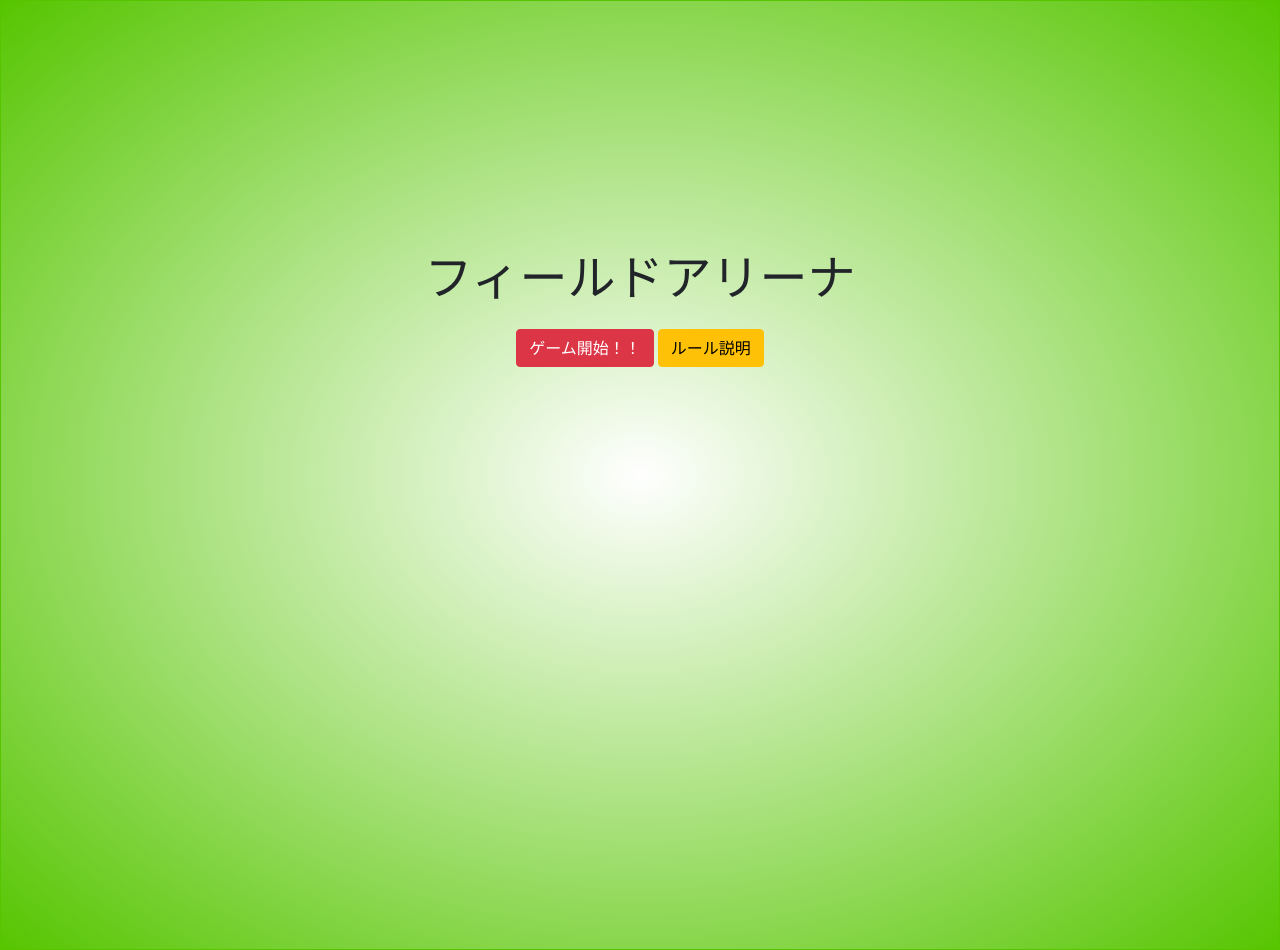
Repository: e1b21074/field_arena
Page: .log/field_arena/src/main/resources/static/index.html
An editor plug-in stored every save of this project. The page is shown before and after a run of saves, followed by the edit.
The browser window is 1280 px wide. The pictures show the whole page.

Above is the page before, as saved 2024-01-09 15:02:44.

### .log/field_arena/src/main/resources/static/index.html
<!DOCTYPE html>
<html lang="en">

<head>
  <meta charset="UTF-8">
  <meta name="viewport" content="width=device-width, initial-scale=1.0">
  <!-- bootstrap CSS -->
  <link href="https://cdn.jsdelivr.net/npm/bootstrap@5.0.2/dist/css/bootstrap.min.css" rel="stylesheet"
    integrity="sha384-EVSTQN3/azprG1Anm3QDgpJLIm9Nao0Yz1ztcQTwFspd3yD65VohhpuuCOmLASjC" crossorigin="anonymous">

  <title>カードゲーム</title>

  <style>
    .title{
      font-size: 32px;
    }

    .gradient {
      background:radial-gradient(#fff, #56C500);
      height: 950px;
      border: 1px solid #56C500;
  }
  </style>
</head>

<body class="gradient">
  <center>
    <div style="text-align: center;">
      <br><br><br><br><br><br><br><br><br><br>
      <p>
      <font size="7">
      フィールドアリーナ
      </font>
    </p>
      <button type="button" class="btn btn-danger" onclick="location.href='/gamearea'">ゲーム開始！！</button>
      <button type="button" class="btn btn-warning" onclick="location.href='/rule'">ルール説明</button>
    </div>
  </center>

  <script src="https://cdn.jsdelivr.net/npm/bootstrap@5.0.2/dist/js/bootstrap.bundle.min.js"
    integrity="sha384-MrcW6ZMFYlzcLA8Nl+NtUVF0sA7MsXsP1UyJoMp4YLEuNSfAP+JcXn/tWtIaxVXM"
    crossorigin="anonymous"></script>
</body>

</html>

After the next 4 saves:
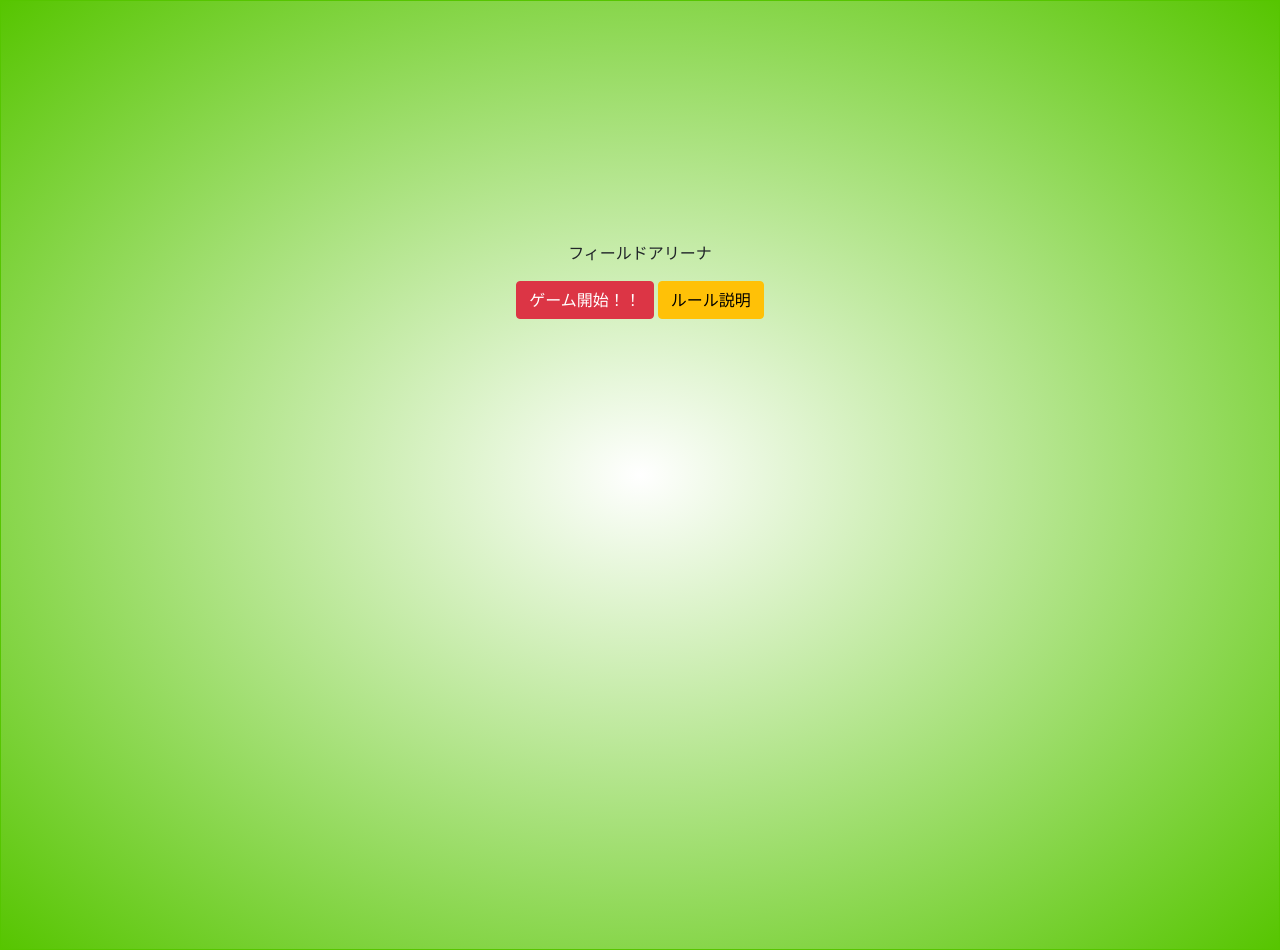
The 4 saves are shown as one change because they came seconds apart.
The last was saved 15 s later.
--- a/.log/field_arena/src/main/resources/static/index.html
+++ b/.log/field_arena/src/main/resources/static/index.html
@@ -27,11 +27,9 @@
   <center>
     <div style="text-align: center;">
       <br><br><br><br><br><br><br><br><br><br>
-      <p>
-      <font size="7">
+      <p >
       フィールドアリーナ
-      </font>
-    </p>
+      </p>
       <button type="button" class="btn btn-danger" onclick="location.href='/gamearea'">ゲーム開始！！</button>
       <button type="button" class="btn btn-warning" onclick="location.href='/rule'">ルール説明</button>
     </div>
